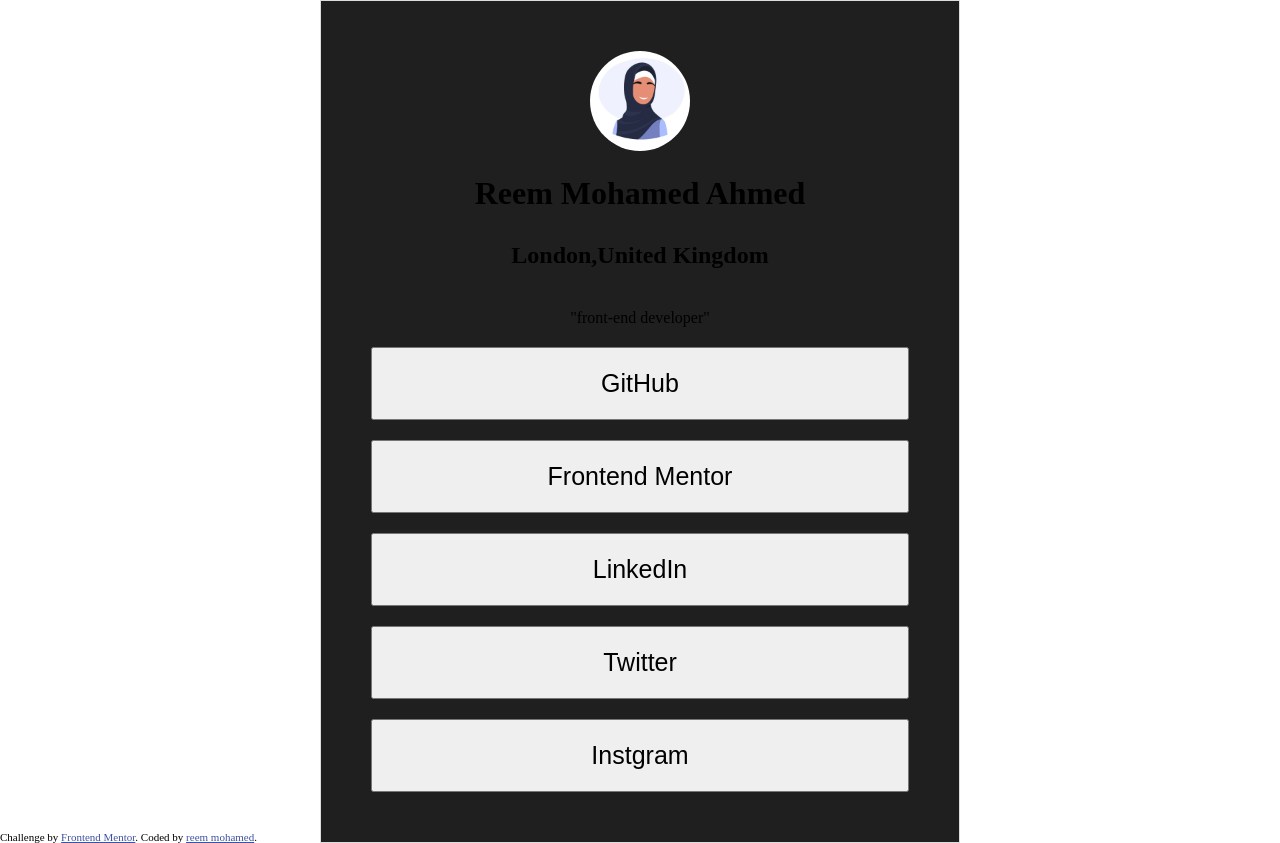
Repository: reemoon-ctrl/social_links_profile_main
Page: index.html
An editor plug-in stored every save of this project. The page is shown before and after the next save, followed by the edit.
The browser window is 1280 px wide. The pictures show the whole page.

Above is the page before, as saved 2024-07-23 10:25:09.

### index.html
<!DOCTYPE html>
<html lang="en">
<head>
  <meta charset="UTF-8">
  <meta name="viewport" content="width=device-width, initial-scale=1.0"> <!-- displays site properly based on user's device -->

  <link rel="icon" type="image/png" sizes="32x32" href="./assets/images/favicon-32x32.png">

  <title>Frontend Mentor | Social links profile</title>

  <!-- Feel free to remove these styles or customise in your own stylesheet 👍 -->
  <style>
    .attribution { font-size: 11px; text-align: center; }
    .attribution a { color: hsl(228, 45%, 44%); }
  </style>
  <link rel="stylesheet" href="index.css"/>
</head>
<body>
  <main>
    <div class="position-container">
      <div class="container">
      <div class="head-container">
      <img src="/depositphotos_668859444-stock-illustration-arab-woman-face-covered-hijab.jpg" alt="person-img">
      <h1>Reem Mohamed Ahmed</h1>
      <h2>London,United Kingdom</h2>
      <p>"front-end developer"</p>
      </div>
      <div class="form-container">
      <button>GitHub</button>
      <button>Frontend Mentor</button>
      <button>LinkedIn</button>
      <button>Twitter</button>
      <button>Instgram</button>
      </div>
    </div>
    </div>
 </main>
 <footer>
    <div class="attribution">
      Challenge by <a href="https://www.frontendmentor.io?ref=challenge" target="_blank">Frontend Mentor</a>.
      Coded by <a href="https://www.frontendmentor.io/reemoon-ctrl">reem mohamed</a>.
    </div>
 </footer>
</body>
</html>

### index.css
*{
    box-sizing: border-box;
    margin:0px;
    padding: 0px;
}

body{
    position: relative;

    min-height: 100vh;

}
.position-container{
    display: flex;
    flex-direction: column;
    border:1px solid #ddd;
    margin :auto;
    width: 50%;
    padding:50px;
    min-height:100vh;
    align-items: center;
    justify-content: center;
    text-align: center;
    background:hsl(0, 0%, 12%);
}

.form-container button{
    font-size: 25px;
    width:100%;
    padding:20px;
}
img{
    width: 100px;
    height: 100px;
    border-radius:70px ;
    margin-bottom: 20px;
}
h1{
    margin-bottom: 30px;
}
h2{
    margin-bottom: 40px;
}
p{
    font-size: ;
}
button{
    margin-top: 20px;
}
footer{
    position: absolute;
    bottom: 0px;
    margin: auto;
}

After the next save:
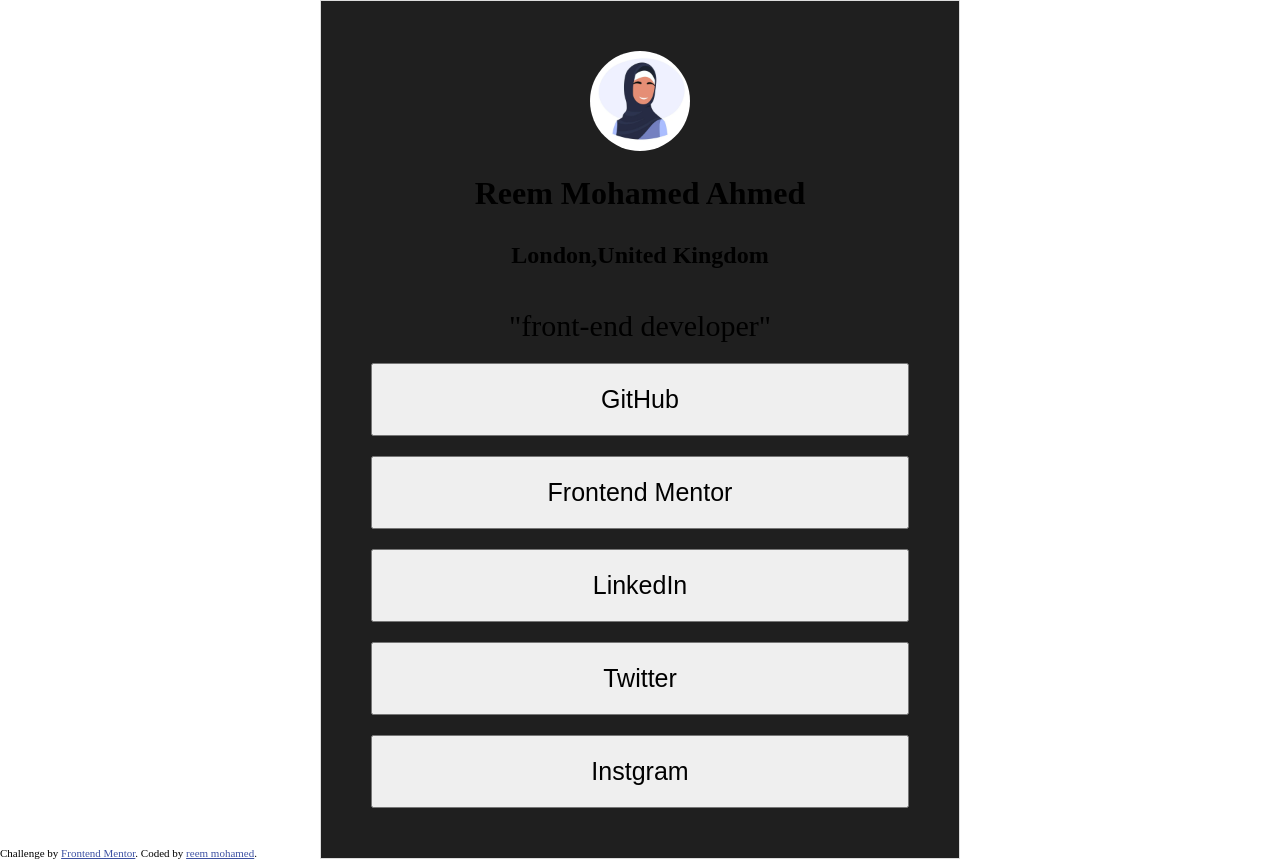
Saved 4 s later.
--- a/index.css
+++ b/index.css
@@ -42,7 +42,7 @@ h2{
     margin-bottom: 40px;
 }
 p{
-    font-size: ;
+    font-size: 30px;
 }
 button{
     margin-top: 20px;
